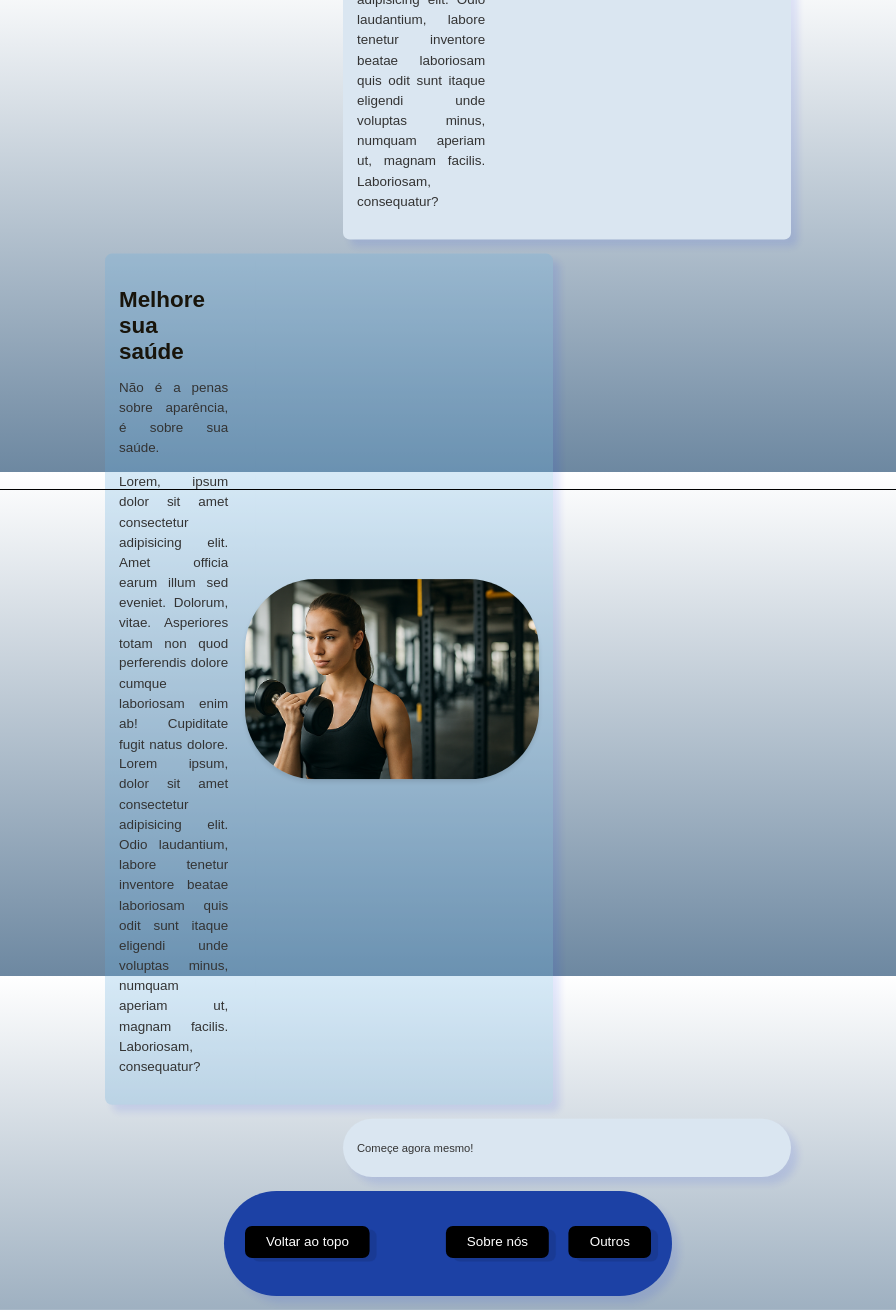
Repository: LuidyOn/Site_Forca_Total
Page: ForçaTotal/index.html
These files come from the project's save history. The page is drawn as it stood at one moment and after the next save; the edit follows.
The browser window is 1280 px wide. The pictures show the part of the page from y = 2205 to 4125 px (the page is 4077 px tall before and 4125 px after), at 70% of full size.
Backgrounds fixed to the window are drawn as part of the page.

Above is the page before, as saved 2025-05-22 20:16:50.
Not found: ForçaTotal/js/script.js

After the next save:
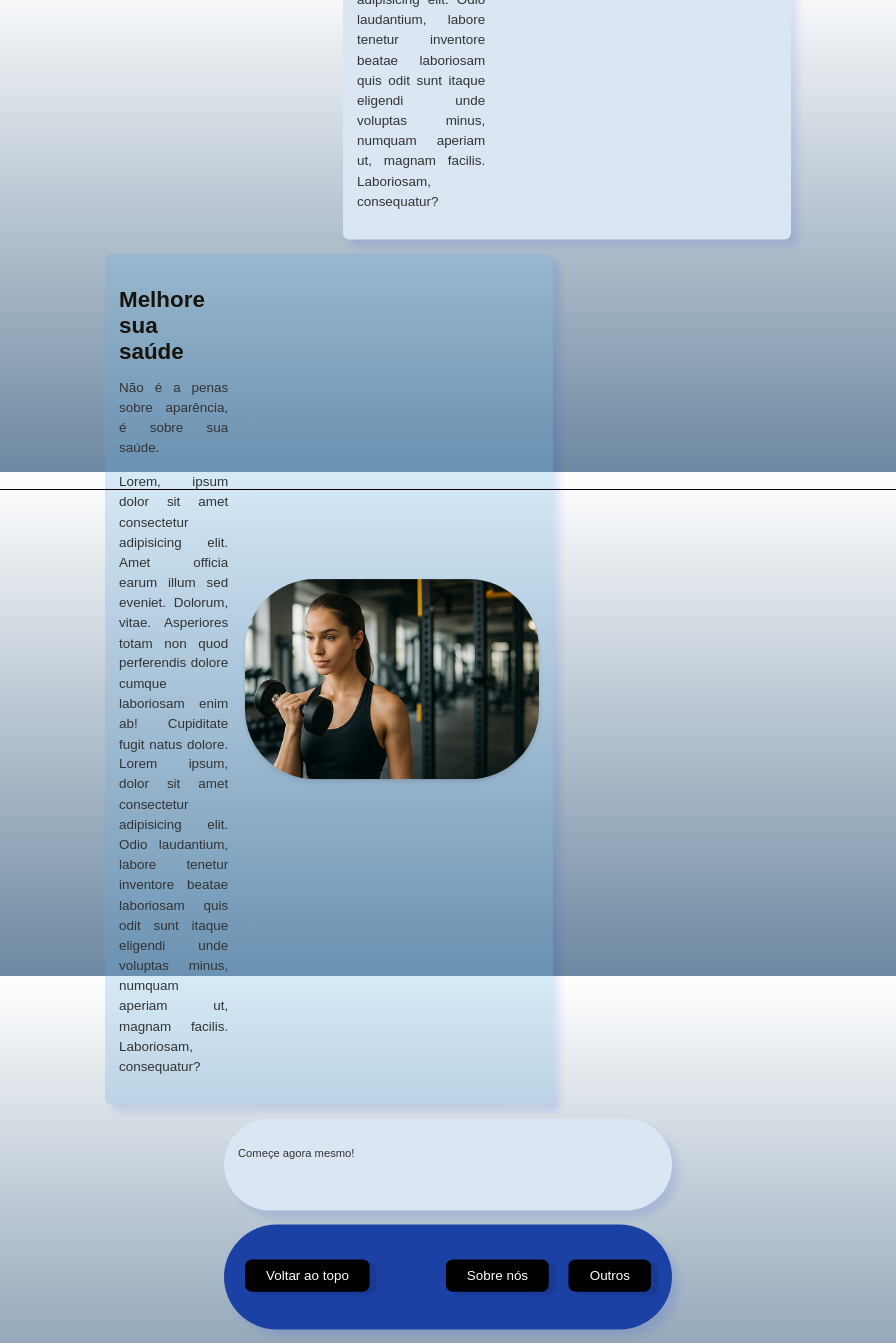
Saved 11 s later.
--- a/ForçaTotal/index.html
+++ b/ForçaTotal/index.html
@@ -47,7 +47,7 @@
         <img src="img/peso.png" alt="Exercício" style="width: 420px; height: auto; border-radius: 100px; margin-left: 24px;">
     </section>
 
-    <section class="clicavel-section" style="background-color: #dae6f1; padding: 20px; text-align: justify; margin-right: 150px; display: flex; align-items: center; justify-content: space-between;">
+    <section class="clicavel-section" >
         Começe agora mesmo!<br>
         <h1 href="paginas/sobrenos.html" style="text-decoration: none; color: inherit;">
     </section> </h1>
